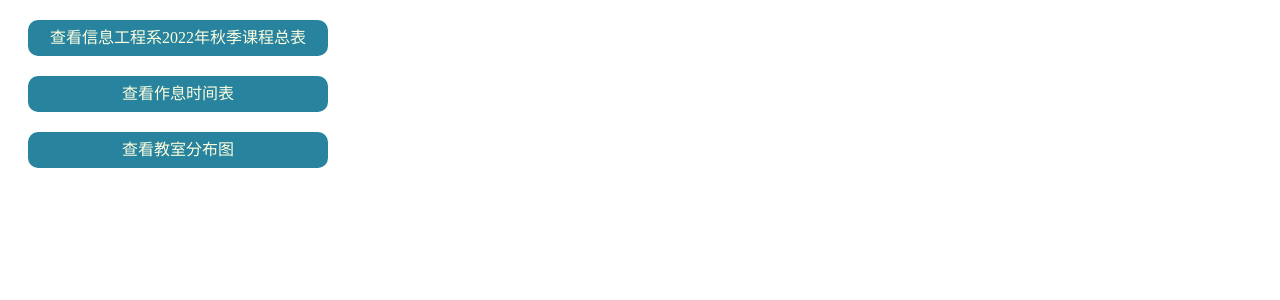
Repository: teacherlonglong/teacherlonglong.github.io
Page: index.html
An editor plug-in stored every save of this project. The page is shown before and after the next save, followed by the edit.
The browser window is 1280 px wide. The pictures show the whole page.

Above is the page before, as saved 2022-09-13 17:25:05.

After the next save:
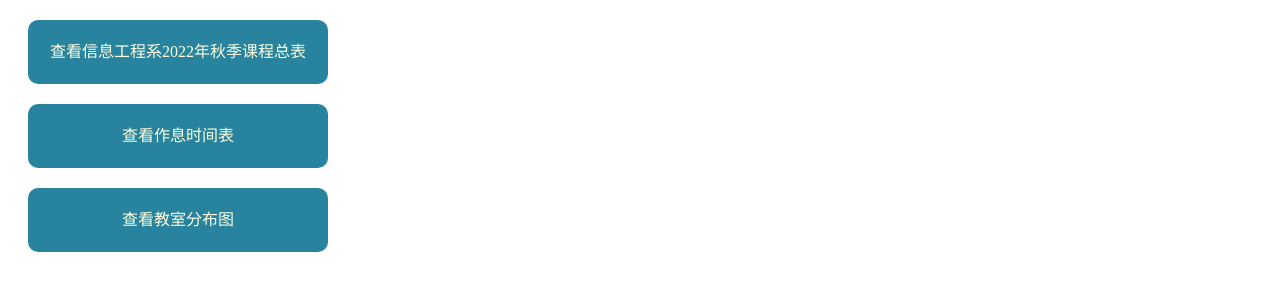
Saved 19 min 47 s later.
--- a/index.html
+++ b/index.html
@@ -6,8 +6,8 @@
         .mylink{
             display: block;
             text-decoration: none;
-            line-height: 36px;
-            height: 36px;
+            line-height: 64px;
+            height: 64px;
             background-color: #28839F;
             width: 300px;
             margin:20px;
